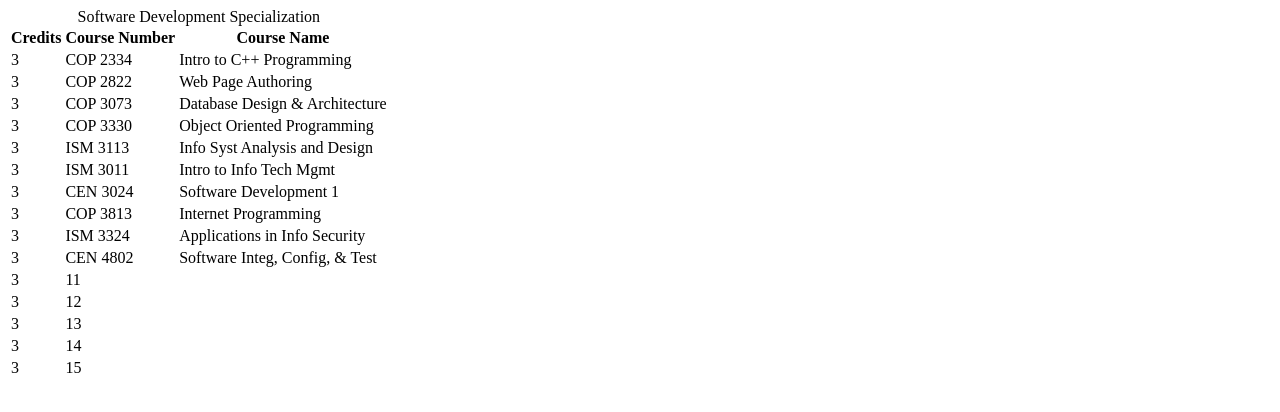
Repository: mlmEFSC21/P3-DegreeSpecializationTable
Page: index.html
The author's editor kept a copy of each file at every save. The page is drawn from the files as they stood at one save, then again after the next save.
The browser window is 1280 px wide. The pictures show the whole page.

Above is the page before, as saved 2022-01-30 20:39:22.

After the next save:
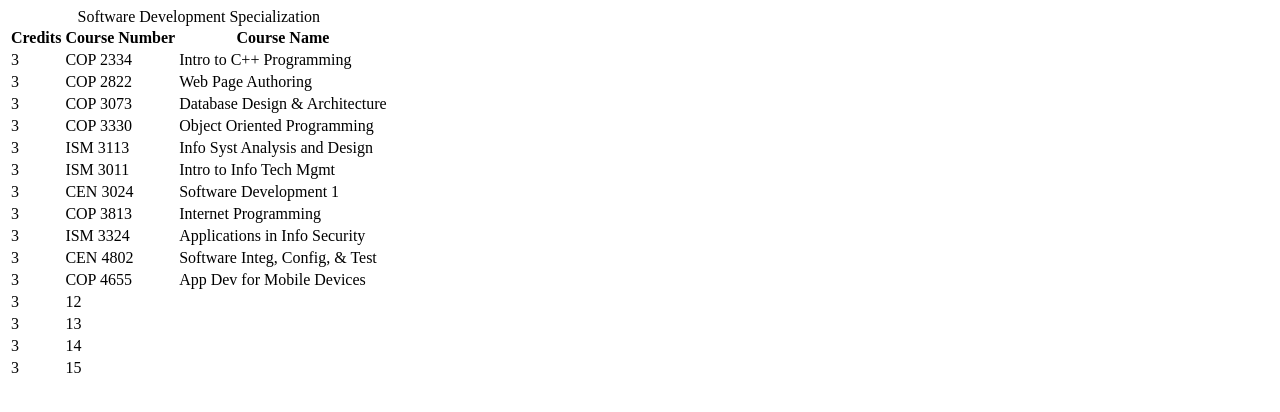
Saved 22 s later.
--- a/index.html
+++ b/index.html
@@ -68,8 +68,8 @@
             </tr>
             <tr>
                 <td>3</td>
-                <td>11</td>
-                <td></td>
+                <td>COP 4655</td>
+                <td>App Dev for Mobile Devices</td>
             </tr>
             <tr>
                 <td>3</td>
